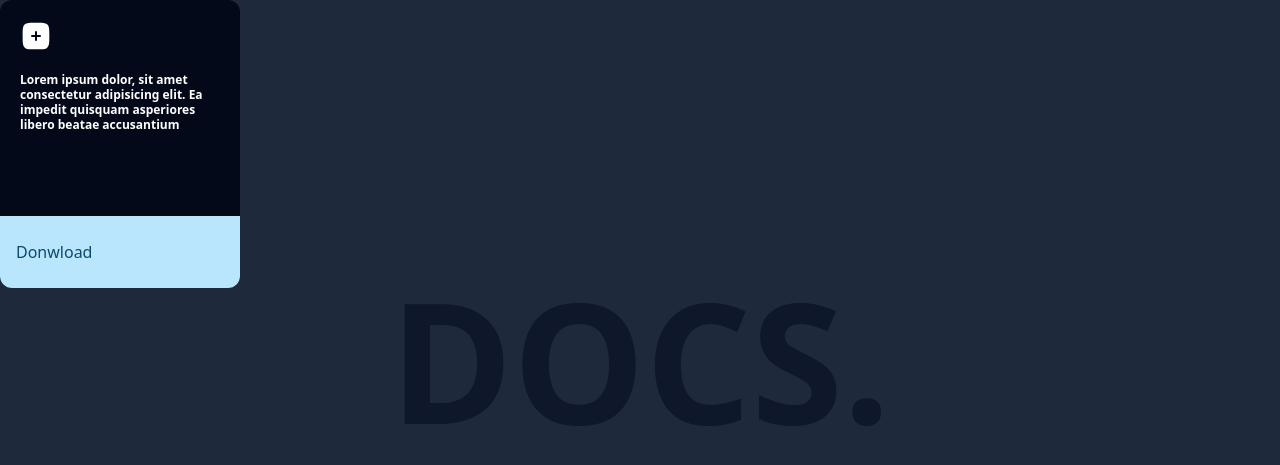
Repository: aliakbarmotallebi/framer-react
Page: /
These files come from the project's save history. The page is drawn as it stood at one moment and after the next save; the edit follows.
The browser window is 1280 px wide. The pictures show the whole page.
The project was rebuilt for these pictures with package versions that can differ from the ones it lists, and the page was loaded fresh each time.

Above is the page before, as saved 2024-08-14 18:40:20.

### src/App.js
import React from "react";
import Background from "./components/Background";
import Card from "./components/Card";

function App() {
  return (
    <div className="relative h-screen w-full bg-slate-800">
      <Background />
      <Card />
    </div>
  );
}

export default App;

### src/components/Background.jsx
import React from "react";

function Background() {
    return <h1 className="absolute left-1/2 top-1/2 -translate-x-[50%] -translate-y-[50%] text-[13vw] font-semibold text-slate-900">
    DOCS.
  </h1>
}

export default Background;

### src/components/Card.jsx
import React, { Component } from 'react';

class Card extends Component {
    render() {
        return (
            <div className="w-60 h-72 rounded-xl bg-slate-950/90 p-5 text-white relative overflow-hidden">
                <svg xmlns="http://www.w3.org/2000/svg" className="w-8 h-8" viewBox="0 0 24 24"><path fill="currentColor" fill-rule="evenodd" d="M12 22c-4.714 0-7.071 0-8.536-1.465C2 19.072 2 16.714 2 12s0-7.071 1.464-8.536C4.93 2 7.286 2 12 2s7.071 0 8.535 1.464C22 4.93 22 7.286 22 12s0 7.071-1.465 8.535C19.072 22 16.714 22 12 22m0-13.75a.75.75 0 0 1 .75.75v2.25H15a.75.75 0 0 1 0 1.5h-2.25V15a.75.75 0 0 1-1.5 0v-2.25H9a.75.75 0 0 1 0-1.5h2.25V9a.75.75 0 0 1 .75-.75" clip-rule="evenodd"/></svg>
                <p className="text-xs leading-tight mt-5 font-semibold">
                    Lorem ipsum dolor, sit amet consectetur adipisicing elit. Ea impedit quisquam asperiores libero beatae accusantium
                </p>
                <div className="footer absolute bottom-0 bg-sky-200 w-full py-2 left-0">
                    <button className="text-sky-900 p-4">
                        Donwload
                    </button>
                </div>
            </div>
        );
    }
}

export default Card;

Loaded but not shown: public/index.html (common file); src/index.js (common file); src/index.css (common file); tailwind.config.js (common file)

After the next save:
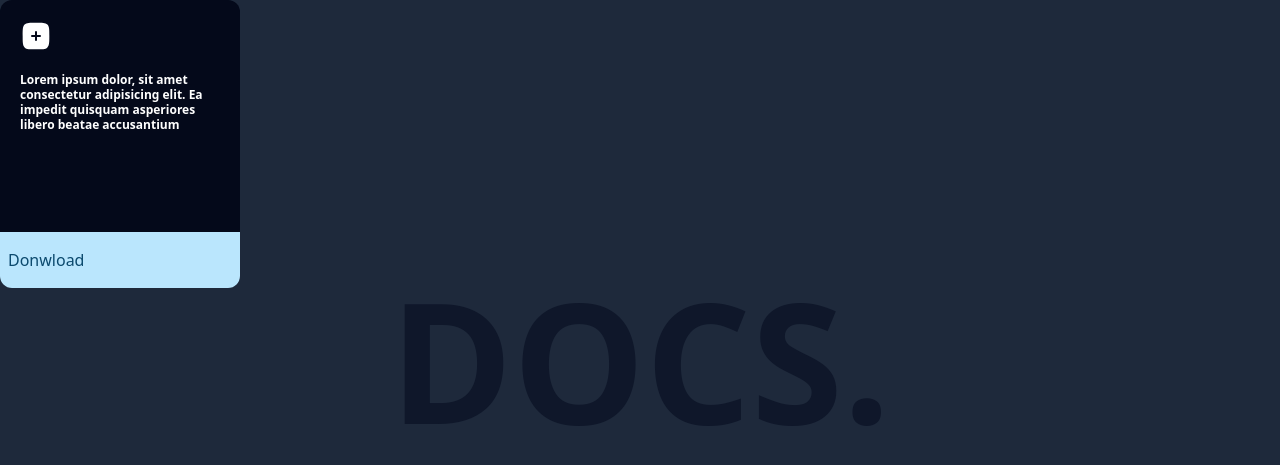
Saved 14 s later.
--- a/src/components/Card.jsx
+++ b/src/components/Card.jsx
@@ -9,7 +9,7 @@ class Card extends Component {
                     Lorem ipsum dolor, sit amet consectetur adipisicing elit. Ea impedit quisquam asperiores libero beatae accusantium
                 </p>
                 <div className="footer absolute bottom-0 bg-sky-200 w-full py-2 left-0">
-                    <button className="text-sky-900 p-4">
+                    <button className="text-sky-900 p-2">
                         Donwload
                     </button>
                 </div>
